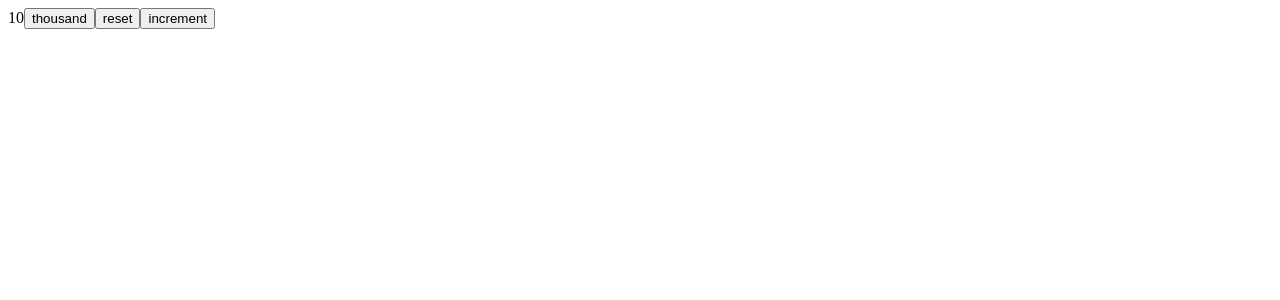
Repository: mariocapitbrok/helsinki-fullstack
Page: / (app in part1/)
The author's editor kept a copy of each file at every save. The page is drawn from the files as they stood at one save, then again after the next save.
The browser window is 1280 px wide. The pictures show the whole page.
The project was rebuilt for these pictures with package versions that can differ from the ones it lists, and the page was loaded fresh each time.

Above is the page before, as saved 2022-01-08 16:39:17.

### part1/src/App.js
import React, { useState } from 'react'

const Display = ({ value }) => <div>{value}</div>

const Button = ({ handleClick, text }) => (
  <button onClick={handleClick}>{text}</button>
)

const App = () => {
  const [value, setValue] = useState(10)

  const setToValue = (newValue) => {
    setValue(newValue)
  }

  return (
    <div>
      {value}
      <Button handleClick={() => setToValue(1000)} text="thousand" />
      <Button handleClick={() => setToValue(0)} text="reset" />
      <Button handleClick={() => setToValue(value + 1)} text="increment" />
    </div>
  )
}

export default App

Loaded but not shown: part1/public/index.html (common file); part1/src/index.js (common file)

After the next save:
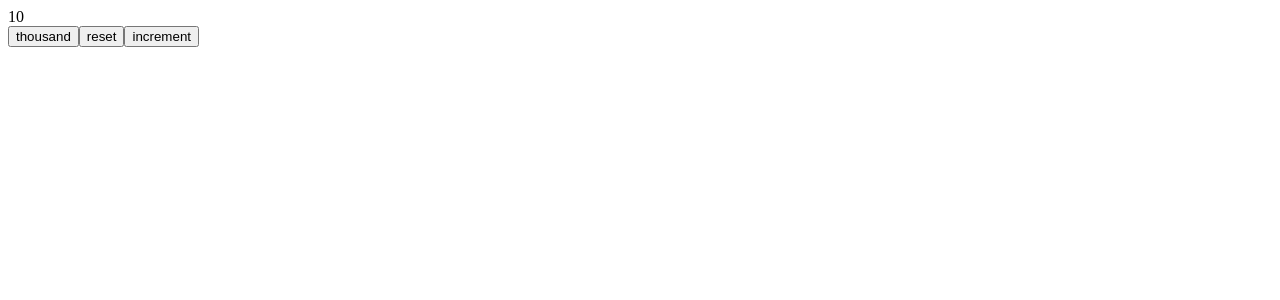
Saved 37 s later.
--- a/part1/src/App.js
+++ b/part1/src/App.js
@@ -15,7 +15,7 @@ const App = () => {
 
   return (
     <div>
-      {value}
+      <Display value={value} />
       <Button handleClick={() => setToValue(1000)} text="thousand" />
       <Button handleClick={() => setToValue(0)} text="reset" />
       <Button handleClick={() => setToValue(value + 1)} text="increment" />
